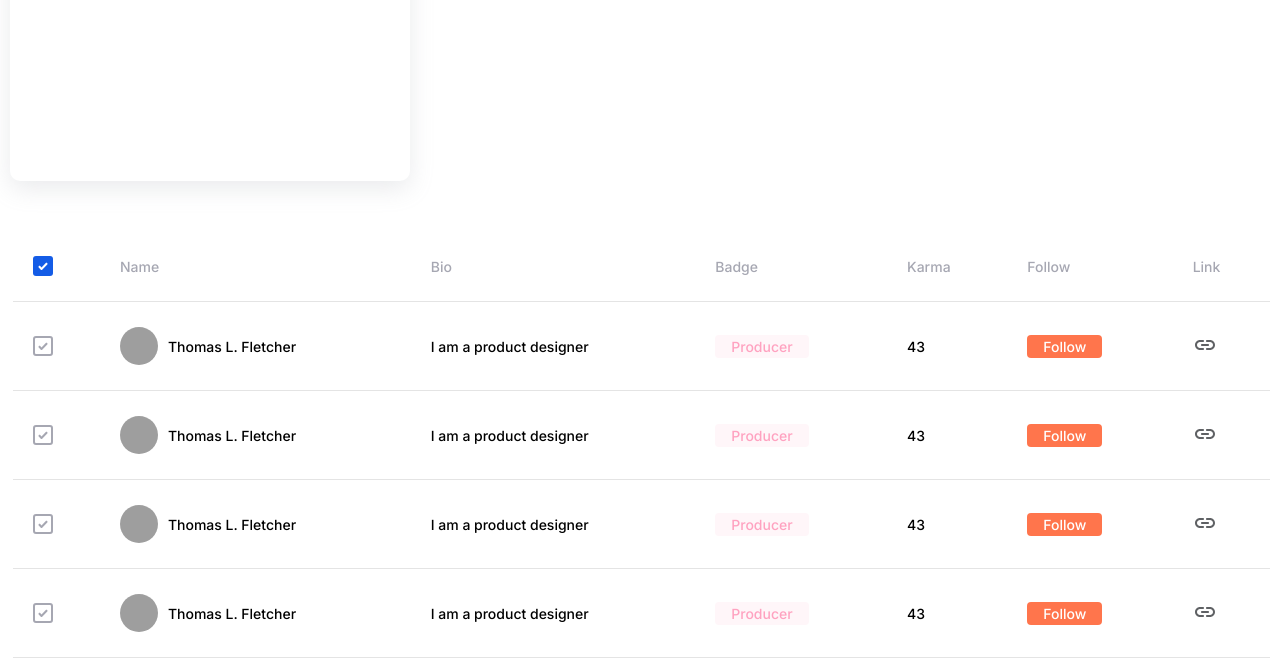
Repository: anhphapap/CSS
Page: test.html
An editor plug-in stored every save of this project. The page is shown before and after the next save, followed by the edit.
The browser window is 1280 px wide. The pictures show the part of the page from y = 642 to 1310 px (the page is 1310 px tall).
Pictures or frames that could not be fetched are drawn as grey boxes. A picture or video elsewhere on the page could not be fetched, so the positions and the page height are approximate.

Above is the page before, as saved 2023-04-09 19:44:42.

After the next save:
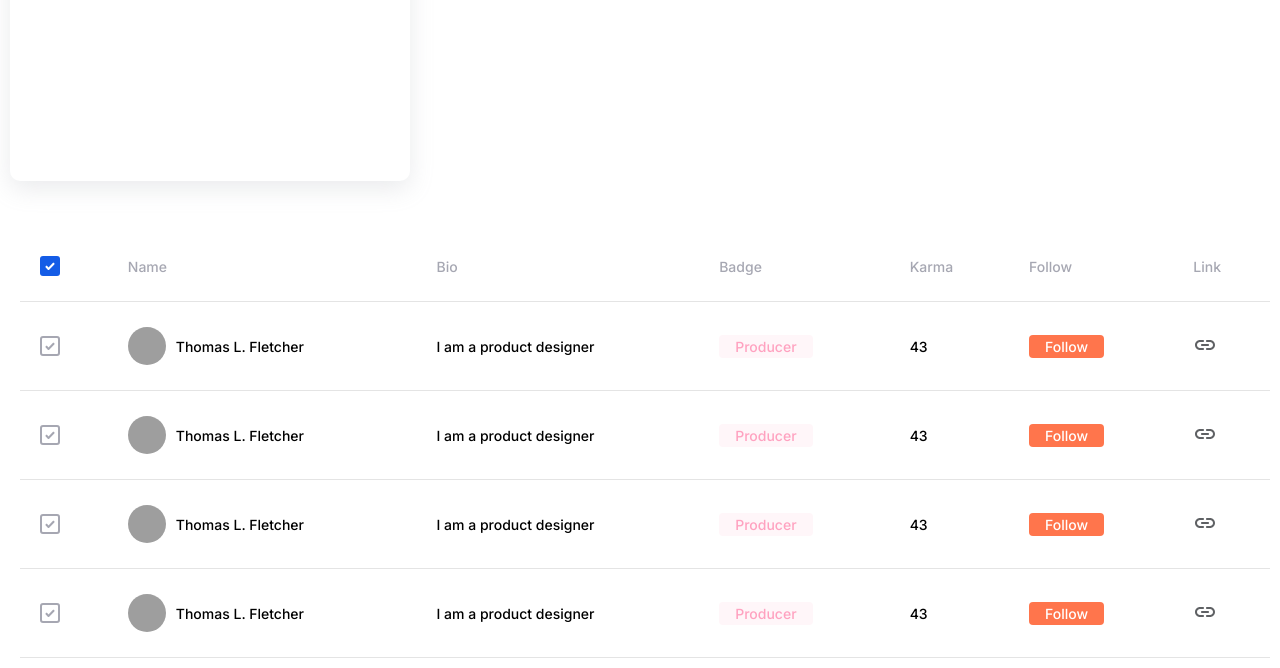
Saved 42 s later.
--- a/CSS/test.css
+++ b/CSS/test.css
@@ -279,7 +279,7 @@ table{
     text-align: left;
     font-size: 14px;
     position: relative;
-    border-left: 3px solid white;
+    border-left: 10px solid white;
 }
 
 table thead th:first-child,
